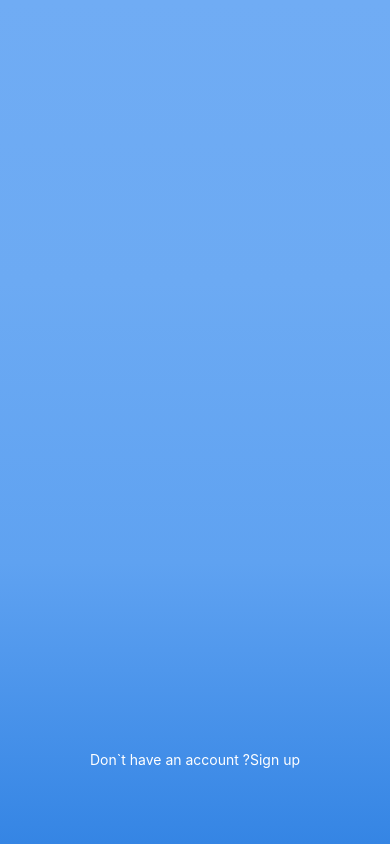
Repository: kamarajcalm/loginpage
Screen: /
The author's editor kept a copy of each file at every save. The screen is drawn from the files as they stood at one save, then again after the next save.
The app was drawn by React Native's web renderer in a window 390 px wide. The project was rebuilt for these pictures with package versions that can differ from the ones it lists, and the page was loaded fresh each time.

Above is the screen before, as saved 2021-12-25 23:48:11.

After the next save:
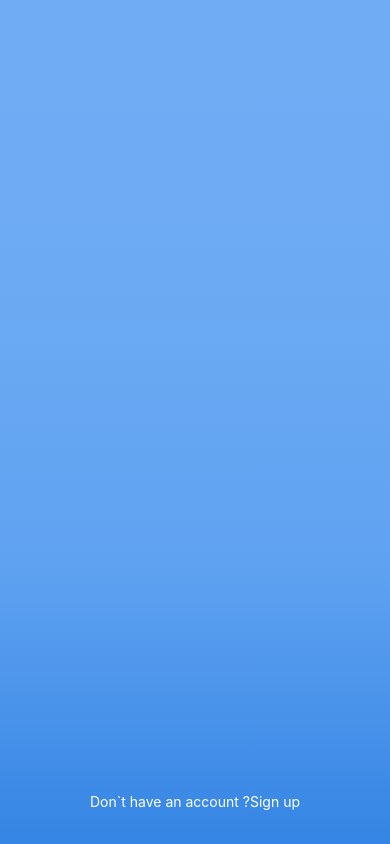
Saved 23 s later.
--- a/App.js
+++ b/App.js
@@ -32,12 +32,12 @@ const styles = StyleSheet.create({
   },
 
   content: {
-    flex: 0.8,
+    flex: 0.9,
     alignItems: "center",
     justifyContent: "center"
   },
   footer: {
-    flex: 0.2,
+    flex: 0.1,
     flexDirection: "row",
     alignItems: "center",
     justifyContent: "center"
